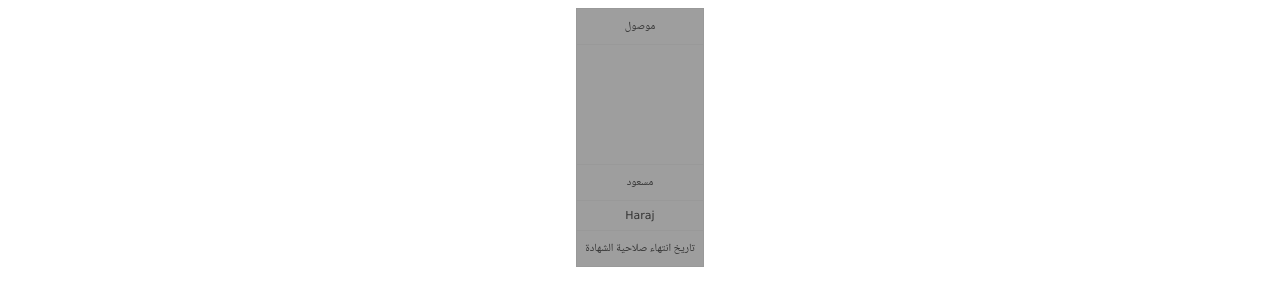
Repository: khanshakiil/ArabicHTMLToPDF
Page: HospitalFrontDesk/src/main/resources/html.html
An editor plug-in stored every save of this project. The page is shown before and after the next save, followed by the edit.
The browser window is 1280 px wide. The pictures show the whole page.
Pictures or frames that could not be fetched are drawn as grey boxes.

Above is the page before, as saved 2020-03-05 20:46:49.

After the next save:
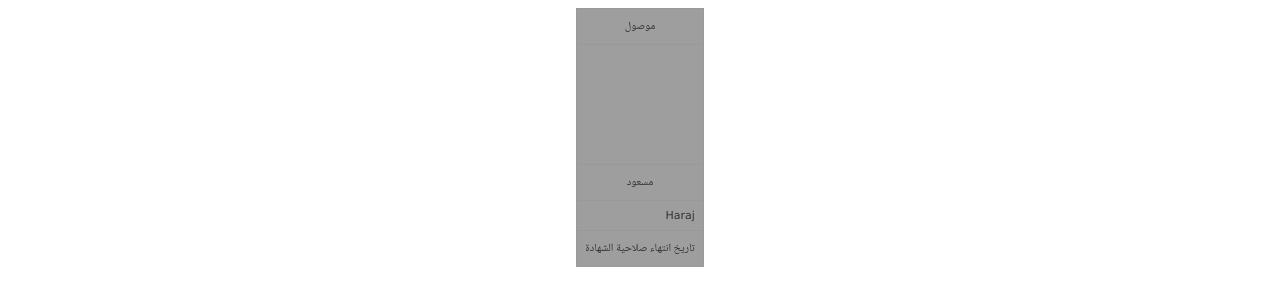
Saved 18 s later.
--- a/HospitalFrontDesk/src/main/resources/html.html
+++ b/HospitalFrontDesk/src/main/resources/html.html
@@ -39,7 +39,7 @@
 <tr align="center"><td dir="rtl" style="font-family: Noto Naskh Arabic">موصول</td></tr>
 <tr align="center"><td dir="rtl"><img src="E:\\qrcode.png" id="qrCode"></img></td> </tr>
 <tr align="center"><td dir="rtl" style="font-family: Noto Naskh Arabic">مسعود </td></tr>
-<tr align="center"><td dir="ltr">Haraj</td></tr>
+<tr align="right"><td dir="ltr">Haraj</td></tr>
 <tr align="center"><td dir="rtl" style="font-family: Noto Naskh Arabic">تاريخ انتهاء صلاحية الشهادة </td></tr>
 
 </table>

After the 2 saves that followed:
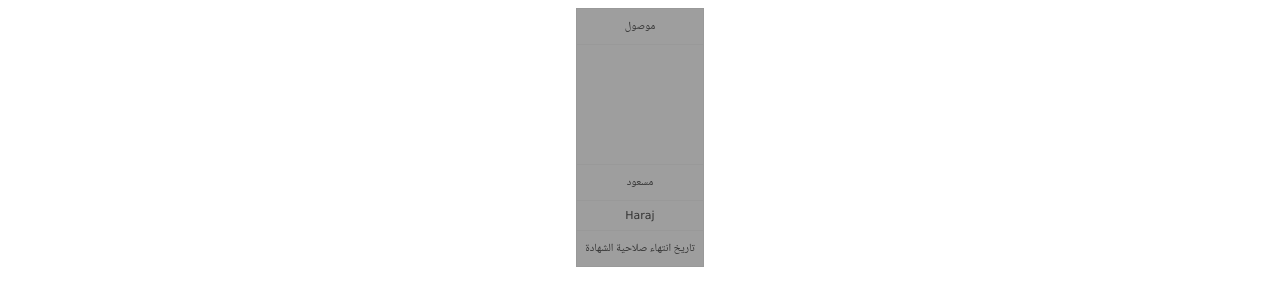
The 2 saves are shown as one change because they came seconds apart.
The last was saved 16 s later.
--- a/HospitalFrontDesk/src/main/resources/html.html
+++ b/HospitalFrontDesk/src/main/resources/html.html
@@ -39,7 +39,7 @@
 <tr align="center"><td dir="rtl" style="font-family: Noto Naskh Arabic">موصول</td></tr>
 <tr align="center"><td dir="rtl"><img src="E:\\qrcode.png" id="qrCode"></img></td> </tr>
 <tr align="center"><td dir="rtl" style="font-family: Noto Naskh Arabic">مسعود </td></tr>
-<tr align="right"><td dir="ltr">Haraj</td></tr>
+<tr align="center"><td dir="rtl">Haraj</td></tr>
 <tr align="center"><td dir="rtl" style="font-family: Noto Naskh Arabic">تاريخ انتهاء صلاحية الشهادة </td></tr>
 
 </table>
